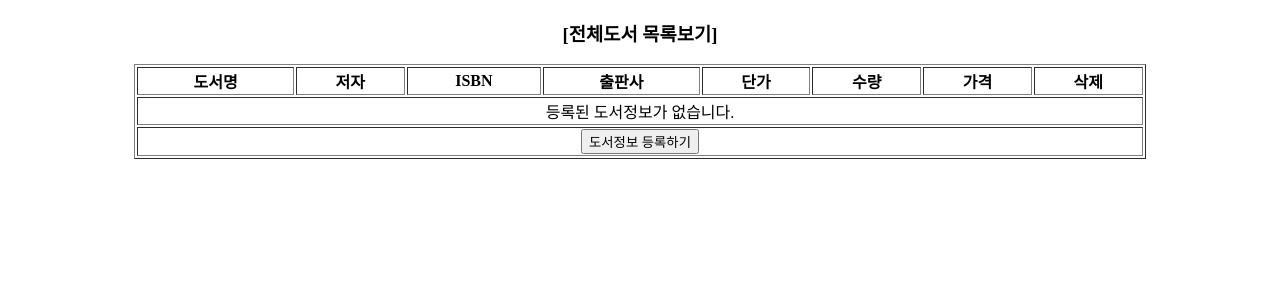
Repository: youngmoon525/Jsp_Servlet
Page: http://localhost/05.TestJSP/getAllList.jsp
An editor plug-in stored every save of this project. The page is shown before and after the next save, followed by the edit.
The browser window is 1280 px wide. The pictures show the whole page.
The page is served by Tomcat 9. Other server files are loaded and not shown. Queries for data that is not in the repository find no rows.

Above is the page before, as saved 2021-09-13 03:06:03.

### workspace/05.TestJSP/WebContent/getAllList.jsp
<%@page import="com.hanul.study.BookDTO"%>
<%@page import="java.util.ArrayList"%>
<%@page import="com.hanul.study.BookDAO"%>
<%@ page language="java" contentType="text/html; charset=UTF-8" pageEncoding="UTF-8"%>
<%@ taglib prefix="c" uri="http://java.sun.com/jsp/jstl/core" %>
<%
BookDAO dao = new BookDAO();
ArrayList<BookDTO> list = dao.searchAllBook();
pageContext.setAttribute("list", list);
%>
<!DOCTYPE html>
<html>
<head>
<meta charset="UTF-8">
<title>List JSP</title>
<script type="text/javascript">
function fnDelete(isbn){
	//alert("ISBN : " + isbn);
	if(confirm("정말 삭제하시겠습니까?")){
		location.href = "delete.jsp?isbn=" + isbn;
	}
	return false;
}
</script>
</head>
<body>
<div align="center">
<h3>[전체도서 목록보기]</h3>
<table border="1" style="width: 80%">
	<tr>
		<th>도서명</th>
		<th>저자</th>
		<th>ISBN</th>
		<th>출판사</th>
		<th>단가</th>
		<th>수량</th>
		<th>가격</th>
		<th>삭제</th>
	</tr>

	<c:if test="${empty list}">
		<tr>
			<td colspan="8" align="center">등록된 도서정보가 없습니다.</td>
		</tr>
	</c:if>

	<c:if test="${!empty list}">
		<c:forEach var="i" items="${list}">
			<tr align="center">
				<td>${i.title}</td>
				<td>${i.name}</td>
				<td>${i.isbn}</td>
				<td>${i.company}</td>
				<td>${i.cost}</td>
				<td>${i.qty}</td>
				<td>${i.price}</td>
				<td><input type="button" value="삭제" onclick="fnDelete('${i.isbn}')"/></td>
			</tr>
		</c:forEach>
	</c:if>

	<tr>
		<td colspan="8" align="center">
			<input type="button" value="도서정보 등록하기" onclick="location.href='bookMain.html'"/>
		</td>
	</tr>
</table>
</div>
</body>
</html>

### workspace/05.TestJSP/src/com/hanul/study/BookDAO.java
package com.hanul.study;

import java.sql.Connection;
import java.sql.DriverManager;
import java.sql.PreparedStatement;
import java.sql.ResultSet;
import java.util.ArrayList;

public class BookDAO {
	private Connection conn;	//연결객체
	private PreparedStatement ps; //전송객체
	private ResultSet rs;	//결과객체

	//DB접속
	public Connection getConn() {
		String url = "jdbc:oracle:thin:@127.0.0.1:1521:XE";
		String user = "hanul";
		String password = "0000";
		try {
			Class.forName("oracle.jdbc.driver.OracleDriver");	//동적로딩
			conn = DriverManager.getConnection(url, user, password);
		} catch (Exception e) {
			e.printStackTrace();	//예외발생의 원인을 상세하게 출력
			System.out.println("getConn() Exception!!!");
		}
		return conn;
	}//getConn()

	//DB접속 해제
	public void dbClose() {
		try {
			if(rs != null) rs.close();
			if(ps != null) ps.close();
			if(conn != null) conn.close();
		} catch (Exception e) {
			e.printStackTrace();
		}
	}//dbClose()

	//도서정보 등록
	public int inserBook(BookDTO dto) {
		conn = getConn();
		String sql = "insert into tblBook values(?,?,?,?,?,?,?)";
		int succ = 0;
		try {
			ps = conn.prepareStatement(sql);
			ps.setString(1, dto.getTitle());
			ps.setString(2, dto.getName());
			ps.setString(3, dto.getIsbn());
			ps.setString(4, dto.getCompany());
			ps.setInt(5, dto.getCost());
			ps.setInt(6, dto.getQty());
			ps.setInt(7, dto.getCost() * dto.getQty());
			succ = ps.executeUpdate();
		} catch (Exception e) {
			e.printStackTrace();
			System.out.println("inserBook() Exception!!!");
		} finally {
			dbClose();
		}
		return succ;
	}//inserBook()

	//전체도서 목록 조회
	public ArrayList<BookDTO> searchAllBook() {
		conn = getConn();
		String sql = "select * from tblBook";
		ArrayList<BookDTO> list = new ArrayList<>();
		try {
			ps = conn.prepareStatement(sql);
			rs = ps.executeQuery();
			while(rs.next()) {
				BookDTO dto = new BookDTO();
				dto.setTitle(rs.getString("title"));
				dto.setName(rs.getString("name"));
				dto.setIsbn(rs.getString("isbn"));
				dto.setCompany(rs.getString("company"));
				dto.setCost(rs.getInt("cost"));
				dto.setQty(rs.getInt("qty"));
				dto.setPrice(rs.getInt("price"));
				list.add(dto);
			}
		} catch (Exception e) {
			e.printStackTrace();
			System.out.println("searchAllBook() Exception!!!");
		} finally {
			dbClose();
		}
		return list;
	}//searchAllBook()

	//도서정보 삭제
	public int deleteBook(String isbn) {
		conn = getConn();
		String sql = "delete from tblBook where isbn = ?";
		int succ= 0;
		try {
			ps = conn.prepareStatement(sql);
			ps.setString(1, isbn);
			succ = ps.executeUpdate();
		} catch (Exception e) {
			e.printStackTrace();
			System.out.println("deleteBook() Exception!!!");
		}finally {
			dbClose();
		}
		return succ;
	}//deleteBook()





}//class

After the next save:
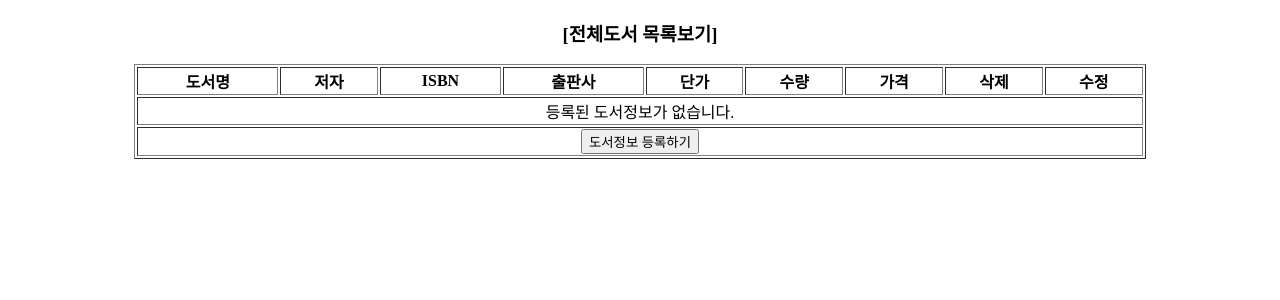
Saved 23 min 7 s later.
--- a/workspace/05.TestJSP/WebContent/getAllList.jsp
+++ b/workspace/05.TestJSP/WebContent/getAllList.jsp
@@ -21,6 +21,10 @@ function fnDelete(isbn){
 	}
 	return false;
 }
+
+function fnUpdate(isbn){
+	location.href = "detail.jsp?isbn=" + isbn;
+}
 </script>
 </head>
 <body>
@@ -36,11 +40,12 @@ function fnDelete(isbn){
 		<th>수량</th>
 		<th>가격</th>
 		<th>삭제</th>
+		<th>수정</th>
 	</tr>
 
 	<c:if test="${empty list}">
 		<tr>
-			<td colspan="8" align="center">등록된 도서정보가 없습니다.</td>
+			<td colspan="9" align="center">등록된 도서정보가 없습니다.</td>
 		</tr>
 	</c:if>
 
@@ -55,12 +60,13 @@ function fnDelete(isbn){
 				<td>${i.qty}</td>
 				<td>${i.price}</td>
 				<td><input type="button" value="삭제" onclick="fnDelete('${i.isbn}')"/></td>
+				<td><input type="button" value="수정" onclick="fnUpdate('${i.isbn}')"/></td>
 			</tr>
 		</c:forEach>
 	</c:if>
 
 	<tr>
-		<td colspan="8" align="center">
+		<td colspan="9" align="center">
 			<input type="button" value="도서정보 등록하기" onclick="location.href='bookMain.html'"/>
 		</td>
 	</tr>
